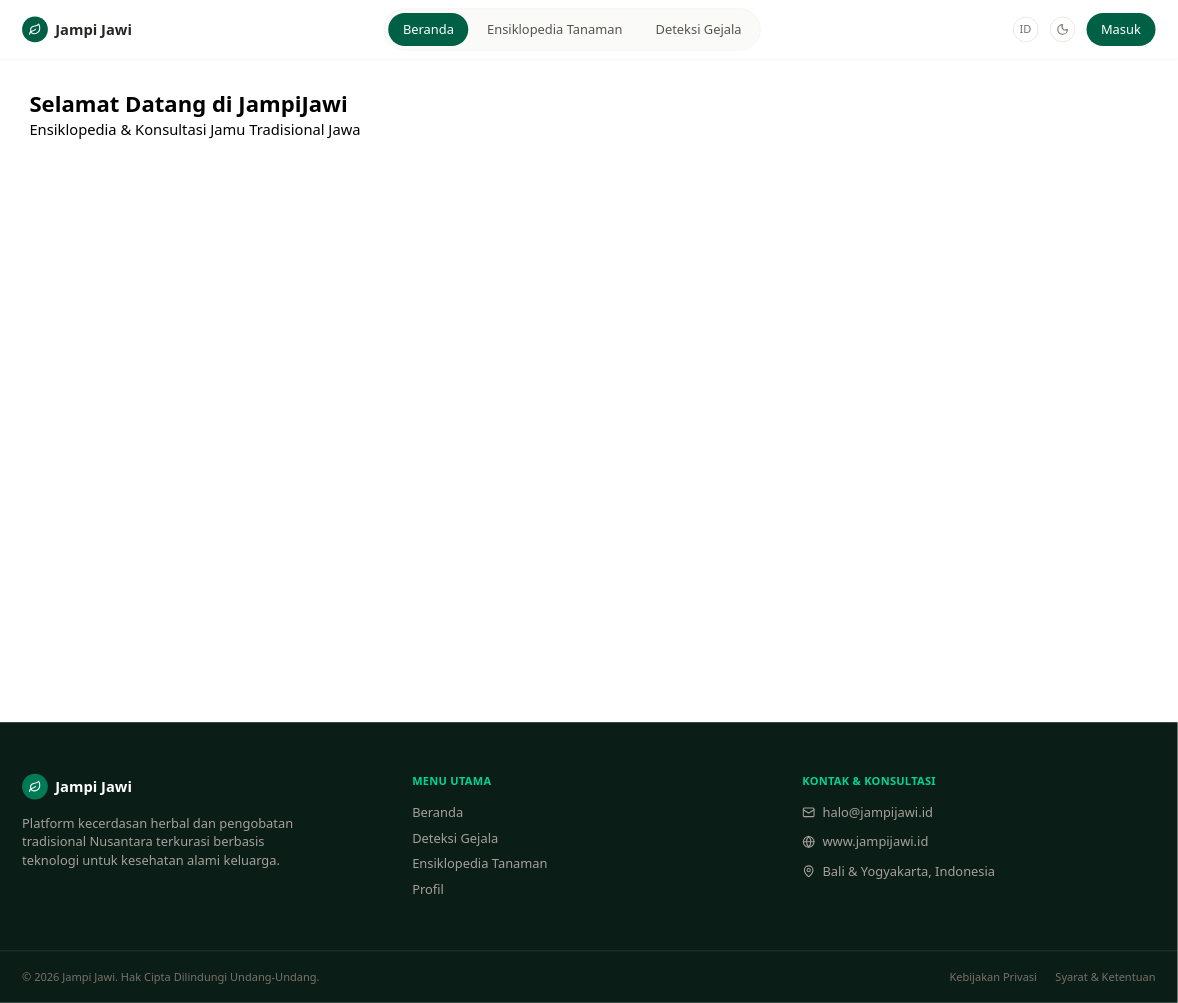
Repository: VergiMutiaRahmasyani/JampiJawi
Page: /
An editor plug-in stored every save of this project. The page is shown before and after the next save, followed by the edit.
The browser window is 1280 px wide. The pictures show the whole page, at 92% of full size.
The project was rebuilt for these pictures with package versions that can differ from the ones it lists, and the page was loaded fresh each time. Also part of the build but not shown: vite.config.js, src/components/shared/ProtectedRoute.jsx, src/pages/LoginPage.jsx, src/pages/RegisterPage.jsx, src/pages/EnsiklopediaPage.jsx, src/pages/DetailHerbalPage.jsx, src/pages/RekomendasiPage.jsx, src/pages/HasilRekomendasiPage.jsx and 5 more.

Above is the page before, as saved 2026-09-09 20:22:10.

### index.html
<!doctype html>
<html lang="en">
  <head>
    <meta charset="UTF-8" />
    <link rel="icon" type="image/svg+xml" href="/favicon.svg" />
    <meta name="viewport" content="width=device-width, initial-scale=1.0" />
    <title>jampijawi</title>
  </head>
  <body>
    <div id="root"></div>
    <script type="module" src="/src/main.jsx"></script>
  </body>
</html>

### src/App.jsx
import { BrowserRouter, Routes, Route } from "react-router-dom";
import { AuthProvider } from "./context/AuthContext";
import Navbar from "./components/layout/Navbar";
import Footer from "./components/layout/Footer";
import ProtectedRoute from "./components/shared/ProtectedRoute";

import HomePage from "./pages/HomePage";
import LoginPage from "./pages/LoginPage";
import RegisterPage from "./pages/RegisterPage";
import EnsiklopediaPage from "./pages/EnsiklopediaPage";
import DetailHerbalPage from "./pages/DetailHerbalPage";
import RekomendasiPage from "./pages/RekomendasiPage";
import HasilRekomendasiPage from "./pages/HasilRekomendasiPage";
import KonsultasiPage from "./pages/KonsultasiPage";
import ArtikelPage from "./pages/ArtikelPage";
import DetailArtikelPage from "./pages/DetailArtikelPage";
import RiwayatPage from "./pages/RiwayatPage";
import ProfilPage from "./pages/ProfilPage";

function App() {
  return (
    <BrowserRouter>
      <AuthProvider>
        <Navbar />
        <main className="min-h-screen">
          <Routes>
            <Route path="/" element={<HomePage />} />
            <Route path="/login" element={<LoginPage />} />
            <Route path="/register" element={<RegisterPage />} />

            <Route path="/ensiklopedia" element={<EnsiklopediaPage />} />
            <Route path="/ensiklopedia/:slug" element={<DetailHerbalPage />} />

            <Route path="/rekomendasi" element={<RekomendasiPage />} />
            <Route path="/rekomendasi/hasil/:id" element={<HasilRekomendasiPage />} />

            <Route path="/konsultasi" element={<KonsultasiPage />} />

            <Route path="/artikel" element={<ArtikelPage />} />
            <Route path="/artikel/:slug" element={<DetailArtikelPage />} />

            <Route
              path="/riwayat"
              element={
                <ProtectedRoute>
                  <RiwayatPage />
                </ProtectedRoute>
              }
            />
            <Route
              path="/profil"
              element={
                <ProtectedRoute>
                  <ProfilPage />
                </ProtectedRoute>
              }
            />
          </Routes>
        </main>
        <Footer />
      </AuthProvider>
    </BrowserRouter>
  );
}

export default App;

### src/context/AuthContext.jsx
import { createContext, useContext, useState, useEffect } from "react";

const AuthContext = createContext(undefined);

export function AuthProvider({ children }) {
  const [user, setUser] = useState(null);
  const [token, setToken] = useState(null);
  const [isLoading, setIsLoading] = useState(true);

  useEffect(() => {
    const storedToken = localStorage.getItem("jamujawi_token");
    const storedUser = localStorage.getItem("jamujawi_user");
    if (storedToken && storedUser) {
      setToken(storedToken);
      setUser(JSON.parse(storedUser));
    }
    setIsLoading(false);
  }, []);

  const login = (newToken, newUser) => {
    localStorage.setItem("jamujawi_token", newToken);
    localStorage.setItem("jamujawi_user", JSON.stringify(newUser));
    setToken(newToken);
    setUser(newUser);
  };

  const logout = () => {
    localStorage.removeItem("jamujawi_token");
    localStorage.removeItem("jamujawi_user");
    setToken(null);
    setUser(null);
  };

  return (
    <AuthContext.Provider value={{ user, token, login, logout, isLoading }}>
      {children}
    </AuthContext.Provider>
  );
}

export function useAuth() {
  const context = useContext(AuthContext);
  if (!context) throw new Error("useAuth must be used within AuthProvider");
  return context;
}

### src/components/layout/Navbar.jsx
import { Link, useLocation } from "react-router-dom";
import { Leaf, Moon, LogOut, User } from "lucide-react";
import { useAuth } from "../../context/AuthContext";

const menu = [
  { label: "Beranda", to: "/" },
  { label: "Ensiklopedia Tanaman", to: "/ensiklopedia" },
  { label: "Deteksi Gejala", to: "/rekomendasi" }
];

export default function Navbar() {
  const { pathname } = useLocation();
  const { user, logout } = useAuth();

  return (
    <header className="sticky top-0 z-50 bg-white/80 backdrop-blur border-b border-stone-100">
      <div className="max-w-7xl mx-auto px-6 h-16 flex items-center justify-between">
        {/* Logo */}
        <Link to="/" className="flex items-center gap-2 font-semibold text-stone-800">
          <span className="w-7 h-7 rounded-full bg-emerald-800 flex items-center justify-center">
            <Leaf size={14} className="text-white" />
          </span>
          Jampi Jawi
        </Link>

        {/* Pill menu tengah */}
        <nav className="hidden md:flex items-center gap-1 bg-stone-50 border border-stone-100 rounded-full p-1">
          {menu.map(({ label, to }) => {
            const active = pathname === to;
            return (
              <Link
                key={to}
                to={to}
                className={`px-4 py-2 rounded-full text-sm font-medium transition ${
                  active
                    ? "bg-emerald-800 text-white"
                    : "text-stone-600 hover:text-stone-900"
                }`}
              >
                {label}
              </Link>
            );
          })}
        </nav>

        {/* Ikon kanan */}
        <div className="flex items-center gap-3">
          <button className="text-xs font-medium text-stone-500 hover:text-stone-800 w-7 h-7 rounded-full border border-stone-200 flex items-center justify-center">
            ID
          </button>
          <button className="text-stone-500 hover:text-stone-800 w-7 h-7 rounded-full border border-stone-200 flex items-center justify-center">
            <Moon size={14} />
          </button>

          {user ? (
            <>
              <Link
                to="/profil"
                className="w-8 h-8 rounded-full bg-emerald-100 text-emerald-800 flex items-center justify-center"
              >
                <User size={15} />
              </Link>
              <button
                onClick={logout}
                className="text-stone-400 hover:text-red-600"
                title="Logout"
              >
                <LogOut size={16} />
              </button>
            </>
          ) : (
            <Link
              to="/login"
              className="text-sm font-medium bg-emerald-800 text-white px-4 py-2 rounded-full"
            >
              Masuk
            </Link>
          )}
        </div>
      </div>
    </header>
  );
}

### src/components/layout/Footer.jsx
import { Link } from "react-router-dom";
import { Leaf, Mail, Globe, MapPin } from "lucide-react";

const menuUtama = [
  { label: "Beranda", to: "/" },
  { label: "Deteksi Gejala", to: "/rekomendasi" },
  { label: "Ensiklopedia Tanaman", to: "/ensiklopedia" },
  { label: "Profil", to: "/profil" },
];

export default function Footer() {
  return (
    <footer className="bg-[#0b1d17] text-stone-300">
      <div className="max-w-7xl mx-auto px-6 py-14 grid md:grid-cols-3 gap-10">
        {/* Kolom 1 — brand */}
        <div>
          <div className="flex items-center gap-2 font-semibold text-white">
            <span className="w-7 h-7 rounded-full bg-emerald-700 flex items-center justify-center">
              <Leaf size={14} className="text-white" />
            </span>
            Jampi Jawi
          </div>
          <p className="mt-4 text-sm text-stone-400 max-w-xs">
            Platform kecerdasan herbal dan pengobatan tradisional Nusantara
            terkurasi berbasis teknologi untuk kesehatan alami keluarga.
          </p>
        </div>

        {/* Kolom 2 — menu utama */}
        <div>
          <p className="text-xs font-semibold text-emerald-400 tracking-wide mb-4">
            MENU UTAMA
          </p>
          <ul className="space-y-2 text-sm">
            {menuUtama.map(({ label, to }) => (
              <li key={to}>
                <Link to={to} className="text-stone-400 hover:text-white transition">
                  {label}
                </Link>
              </li>
            ))}
          </ul>
        </div>

        {/* Kolom 3 — kontak */}
        <div>
          <p className="text-xs font-semibold text-emerald-400 tracking-wide mb-4">
            KONTAK & KONSULTASI
          </p>
          <ul className="space-y-3 text-sm text-stone-400">
            <li className="flex items-center gap-2">
              <Mail size={14} /> halo@jampijawi.id
            </li>
            <li className="flex items-center gap-2">
              <Globe size={14} /> www.jampijawi.id
            </li>
            <li className="flex items-center gap-2">
              <MapPin size={14} /> Bali & Yogyakarta, Indonesia
            </li>
          </ul>
        </div>
      </div>

      {/* Bottom bar */}
      <div className="border-t border-white/10">
        <div className="max-w-7xl mx-auto px-6 py-5 flex flex-col sm:flex-row justify-between items-center gap-3 text-xs text-stone-500">
          <p>© 2026 Jampi Jawi. Hak Cipta Dilindungi Undang-Undang.</p>
          <div className="flex gap-5">
            <a href="#" className="hover:text-white">Kebijakan Privasi</a>
            <a href="#" className="hover:text-white">Syarat & Ketentuan</a>
          </div>
        </div>
      </div>
    </footer>
  );
}

### src/pages/HomePage.jsx
export default function HomePage() {
  return (
    <div className="p-8">
      <h1 className="text-2xl font-bold">Selamat Datang di JampiJawi</h1>
      <p>Ensiklopedia & Konsultasi Jamu Tradisional Jawa</p>
    </div>
  );
}

Loaded but not shown: src/main.jsx (common file); src/index.css (common file)

After the next save:
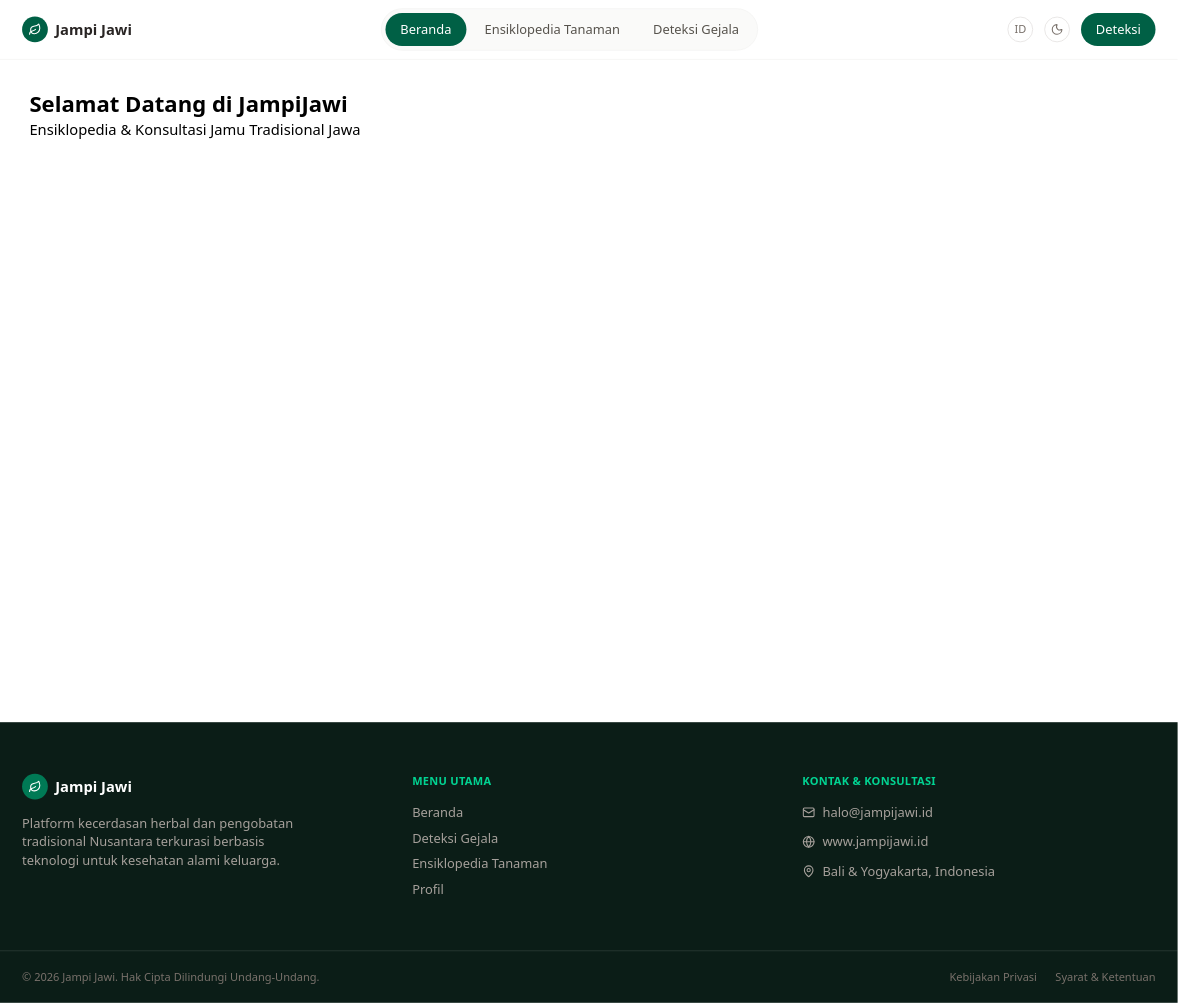
Saved 21 s later.
--- a/src/components/layout/Navbar.jsx
+++ b/src/components/layout/Navbar.jsx
@@ -73,7 +73,7 @@ export default function Navbar() {
               to="/login"
               className="text-sm font-medium bg-emerald-800 text-white px-4 py-2 rounded-full"
             >
-              Masuk
+              Deteksi
             </Link>
           )}
         </div>
